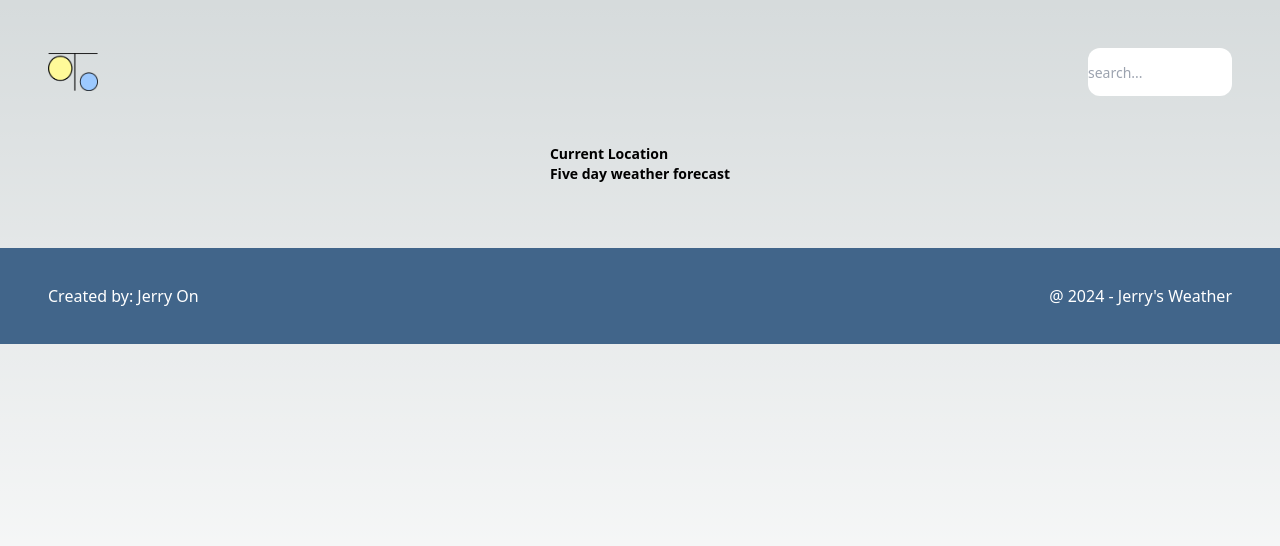
Repository: JerryWuOn/weatherAppMid
Page: /
An editor plug-in stored every save of this project. The page is shown before and after the next save, followed by the edit.
The browser window is 1280 px wide. The pictures show the whole page.
The page's requests for data from a server got no answer. The project was rebuilt for these pictures with package versions that can differ from the ones it lists, and the page was loaded fresh each time. The framework's server and built-in components were replaced by stand-ins that run in the browser. No one was signed in, and anything a server would have sent is missing. Also part of the build but not shown: next.config.mjs.

Above is the page before, as saved 2024-02-12 16:54:35.

After the next save:
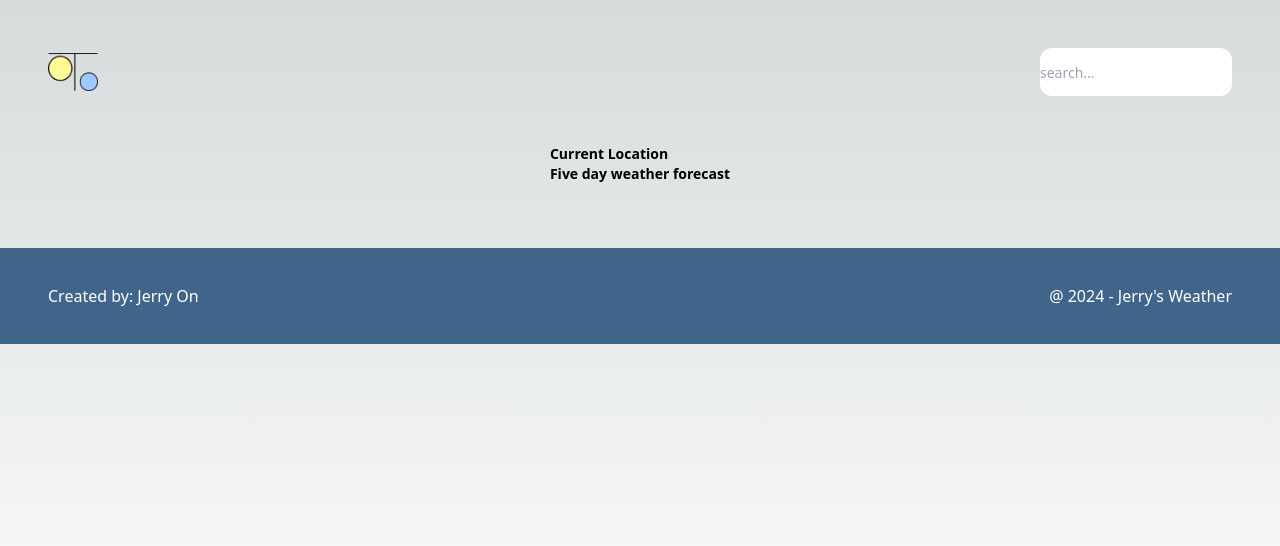
Saved 16 s later.
--- a/src/components/Header/index.tsx
+++ b/src/components/Header/index.tsx
@@ -11,7 +11,7 @@ export default function Header(){
                     <Image src={Logo} alt="logo" width={50} height={50}/>
                 </div>
                 <form>
-                    <input className="rounded-xl h-12 w-36" type="text" placeholder="search..."/>
+                    <input className="rounded-xl h-12 w-48" type="text" placeholder="search..."/>
                 </form>
             </div>
         </div>
